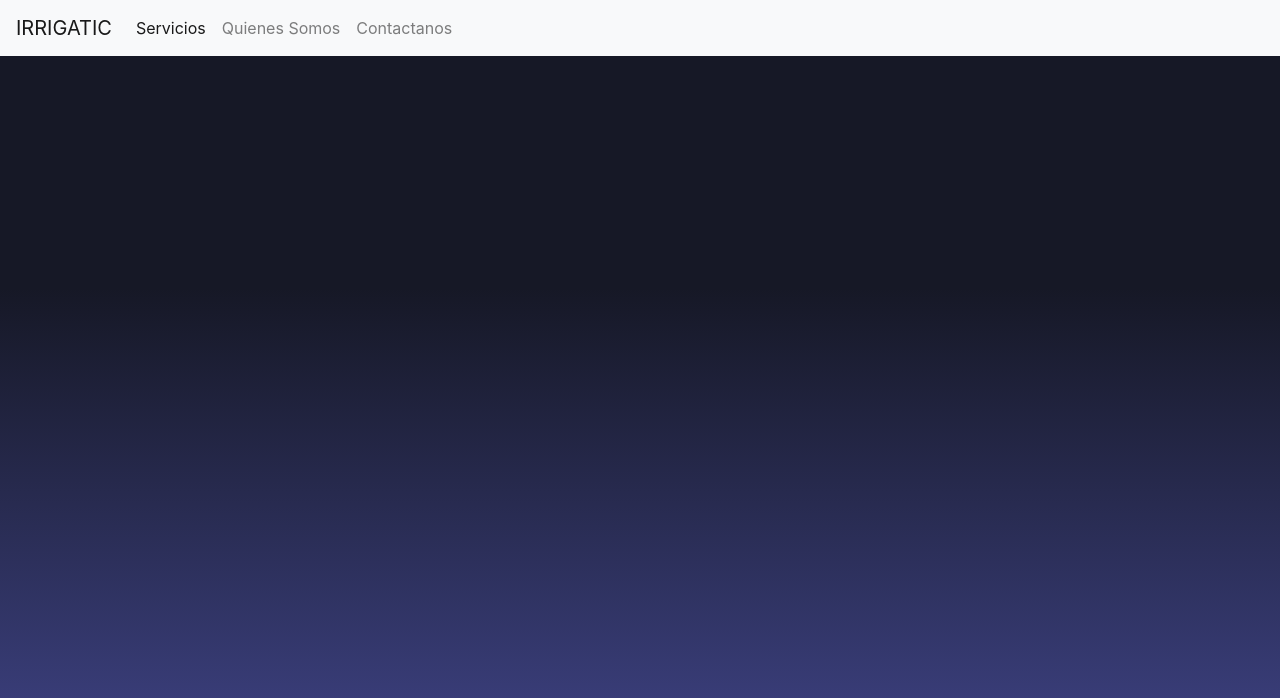
Repository: CristianPalta1/pages_react
Page: /
These files come from the project's save history. The page is drawn as it stood at one moment and after a run of saves; the edit follows.
The browser window is 1280 px wide. The pictures show the whole page.
The project was rebuilt for these pictures with package versions that can differ from the ones it lists, and the page was loaded fresh each time. Also part of the build but not shown: src/components/styles/Navbar.css, src/pages/styles/Home.css, src/components/Forms.jsx, src/pages/InicioSesion.jsx, src/components/Container.jsx, src/pages/Dashboard.jsx, src/pages/IngresoDoc.jsx, src/pages/NotifiDoc.jsx and 10 more.

Above is the page before, as saved 2019-08-29 15:26:16.

### src/index.js
import React from 'react';
import ReactDOM from 'react-dom';
import './index.css';
import 'bootstrap/dist/css/bootstrap.css';

import App from './components/App';
import * as serviceWorker from './serviceWorker';

ReactDOM.render(<App />, document.getElementById('root'));



// If you want your app to work offline and load faster, you can change
// unregister() to register() below. Note this comes with some pitfalls.
// Learn more about service workers: https://bit.ly/CRA-PWA
serviceWorker.unregister();

### src/index.css
body {
  margin: 0;
  font-family: -apple-system, BlinkMacSystemFont, "Segoe UI", "Roboto", "Oxygen",
    "Ubuntu", "Cantarell", "Fira Sans", "Droid Sans", "Helvetica Neue",
    sans-serif;
  -webkit-font-smoothing: antialiased;
  -moz-osx-font-smoothing: grayscale;
}

code {
  font-family: source-code-pro, Menlo, Monaco, Consolas, "Courier New",
    monospace;
}


@import url('https://fonts.googleapis.com/css?family=Lato:300,400,700');
@import url('https://fonts.googleapis.com/css?family=Anton');


* {
  -webkit-font-smoothing: antialiased;
  -moz-osx-font-smoothing: grayscale;
}

body {
  font-family: 'Lato', 'Helvetica Neue', sans-serif;
  background-color: #F4F4F7;
}

h1 {
  font-family: 'Anton', sans-serif;
}

a.link-unstyled {
  color: inherit;
}

a.link-unstyled:hover {
  color: inherit;
  text-decoration: none;
}

.btn {
  padding: 0.375rem 2rem;
}

.btn.btn-primary {
  color: #fff;
  background-color: #7DCD40;
  border-color: #7DCD40;
}

.btn.btn-primary:not(:disabled):not(.disabled):hover {
  color: #fff;
  background-color: #7DCD40;
  border-color: #7DCD40;
}

.btn.btn-primary:not(:disabled):not(.disabled):active {
  color: #fff;
  background-color: #7DCD40;
  border-color: #7DCD40;
}

.btn.btn-primary:not(:disabled):not(.disabled):focus {
  box-shadow: 0 0 0 0.2rem rgba(125, 205, 64, 0.5);
}

.btn.btn-danger {
  color: #fff;
  background-color: #CD4040;
  border-color: #CD4040;
}

.btn.btn-danger:not(:disabled):not(.disabled):hover {
  color: #fff;
  background-color: #CD4040;
  border-color: #CD4040;
}

.btn.btn-danger:not(:disabled):not(.disabled):active {
  color: #fff;
  background-color: #CD4040;
  border-color: #CD4040;
}

.btn.btn-danger:not(:disabled):not(.disabled):focus {
  box-shadow: 0 0 0 0.2rem rgba(255, 64, 64, 0.5);
}

### src/components/App.js


import React from 'react';
import { BrowserRouter, Switch, Route } from 'react-router-dom';

// import logo from './logo.svg';
// import './App.css';
// import Navbar from "./Navbar";
// import Carousel from './Carousel';
// import Badge from './Badge';
// import Forms from './Forms';
import Layout from './Layout';
import Inicio from '../pages/Inicio';
import InicioSesion from '../pages/InicioSesion';
import Dashboard from '../pages/Dashboard';
import IngresoDoc from '../pages/IngresoDoc';
import NotificDoc from '../pages/NotifiDoc';
import Registro from '../pages/Registro';
import Loader from '../pages/Loader'
import NotFound from '../pages/NotFound';

function App() {
  return (
    <BrowserRouter>
      <Layout>
        <Switch>
          <Route exact path="/" component={Inicio} />
          <Route exact path="/Inicio_Sesion" component={InicioSesion} />
          {/* <Route exact path="/Dashboard" component={Dashboard} /> */}
          <Route exact path="/Registro_Usuarios" component={Registro} />
          <Route exact path="/Dashboard/Ingreso_Documentos" component={IngresoDoc} />
          <Route exact path="/Dashboard/Notificacion_Documentos" component={NotificDoc} />
          <Route exact path="/Dashboard/Datos_Api" component={Loader} />
          <Route component={NotFound} />
        </Switch>
      </Layout>
    </BrowserRouter>

  );
}

export default App;

### src/pages/Inicio.jsx
//Aqui mostrare el formulario de inicio de sesión

import React, { Component } from "react";
// import { Link } from "react-router-dom";

import "./styles/Home.css";
import Forms from "../components/Forms";

class Inicio extends Component {
  //Debo inicializar mi estado, como objeto vacio
  state = {
    form: {
        Name: '',
        Pass: ''
    }
  };

  handleChange = e => {
    //Para ver el valor del inpunt see escribe value:e.target.value
    //tambien funciona con el input para saber que es name:e.target.name

    // const nextForm = this.state.form
    // nextForm[e.target.name] =  e.target.value;

    this.setState({
      // form: nextForm,
      //Esto es lo que va a hacer es que cada campo, se guardada en su respectivo input
      form: {
        ...this.state.form,
        [e.target.name]: e.target.value
      }
    });
  };

  //Evento para saber que sucedio al hacer click en el boton
  handleClick = e => {
    console.log("Boton Oprimido");
  };

  //El boton es de tipo submit, si no quiero que eso pase porque recarga la pagina,
  //debo espicicar el tipo de boton. En este caso tipo button
  handleSubmit = e => {
    e.preventDefault();
    console.log("Formulario ha sido Enviado");
    console.log(this.state.form);
  };

  render() {
    return (

      <div className="container">
        <h2>kjshfkjsf</h2>
      </div>
    );
  }
}

export default Inicio;

### src/components/Navbar.jsx
import React from "react";
import { Link } from "react-router-dom";
import "./styles/Navbar.css";

// import './styles/Navbar.css';
// import logo from '../images/logo.svg';

class Navbar extends React.Component {
  render() {
    return (
      <nav className="navbar navbar-expand-lg navbar-light bg-light fixed-top" role="navigation">
        <a className="navbar-brand" href="#">
          IRRIGATIC
        </a>
        <button
          className="navbar-toggler"
          type="button"
          data-toggle="collapse"
          data-target="#navbarText"
          aria-controls="navbarText"
          aria-expanded="false"
          aria-label="Toggle navigation"
        >
          <span className="navbar-toggler-icon"></span>
        </button>
        <div className="collapse navbar-collapse" id="navbarText">
          <ul className="navbar-nav mr-auto">
            <li className="nav-item active">
              <a className="nav-link" href="#">
                Servicios
              </a>
            </li>
            <li className="nav-item">
              <a className="nav-link" href="#">
                Quienes Somos
              </a>
            </li>
            <li className="nav-item">
              <a className="nav-link" href="#">
                Contactanos
              </a>
            </li>
          </ul>
          {/* <span className="navbar-text">Navbar text with an inline element</span> */}
        </div>
      </nav>
    );
  }
}

export default Navbar;

### src/pages/styles/Api.css
* {
    box-sizing: border-box;
  }

  body {
    font-family: -apple-system, BlinkMacSystemFont, "Segoe UI", Roboto, Oxygen,
      Ubuntu, Cantarell, "Open Sans", "Helvetica Neue", sans-serif;
    color: white;
    background: rgb(22, 24, 38);
    background: linear-gradient(
      180deg,
      rgba(22, 24, 38, 1) 0%,
      rgba(22, 24, 38, 1) 40%,
      rgba(58, 62, 123, 1) 100%
    );
    background-repeat: no-repeat;
    min-height: 100vh;
  }

  .App {
    display: flex;
    flex-direction: column;
  }

  .Logo {
    align-self: center;
    max-width: 100%;
  }

  ul {
    list-style: none;
    padding-left: 0;
  }

  .container {
    width: 100%;
    max-width: 900px;
    margin: 0 auto;
  }

  .row {
    display: flex;
    flex-wrap: wrap;
  }

  .col-6 {
    padding-left: 0.5rem;
    padding-right: 0.5rem;
    flex-basis: 50%;
  }

  @media screen and (min-width: 600px) {
    .col-md-3 {
      padding-left: 0.5rem;
      padding-right: 0.5rem;
      flex-basis: 25%;
    }
  }

  .CharacterCard {
    width: 100%;
    height: 240px;
    background: white;
    background-size: cover;
    background-repeat: no-repeat;
    background-position: center;
    border-radius: 5px;
    overflow: hidden;
    margin-bottom: 1rem;
    position: relative;
  }

  .CharacterCard__name-container {
    color: white;
    position: absolute;
    bottom: 0;
    width: 100%;
    background-color: rgba(0, 0, 0, 0.7);
    padding: 1rem 0.5rem;
  }

  .text-truncate {
    text-overflow: ellipsis;
    white-space: nowrap;
    overflow: hidden;
  }

  .text-center {
    text-align: center;
  }

  button {
    background-color: #44c767;
    border-radius: 4px;
    border: 1px solid #18ab29;
    display: inline-block;
    cursor: pointer;
    color: #ffffff;
    font-size: 17px;
    padding: 16px 31px;
    text-decoration: none;
    text-shadow: 0px 1px 0px #2f6627;
  }

Loaded but not shown: public/index.html (common file); src/serviceWorker.js (common file); src/components/Layout.jsx (common file)

After the next 3 saves:
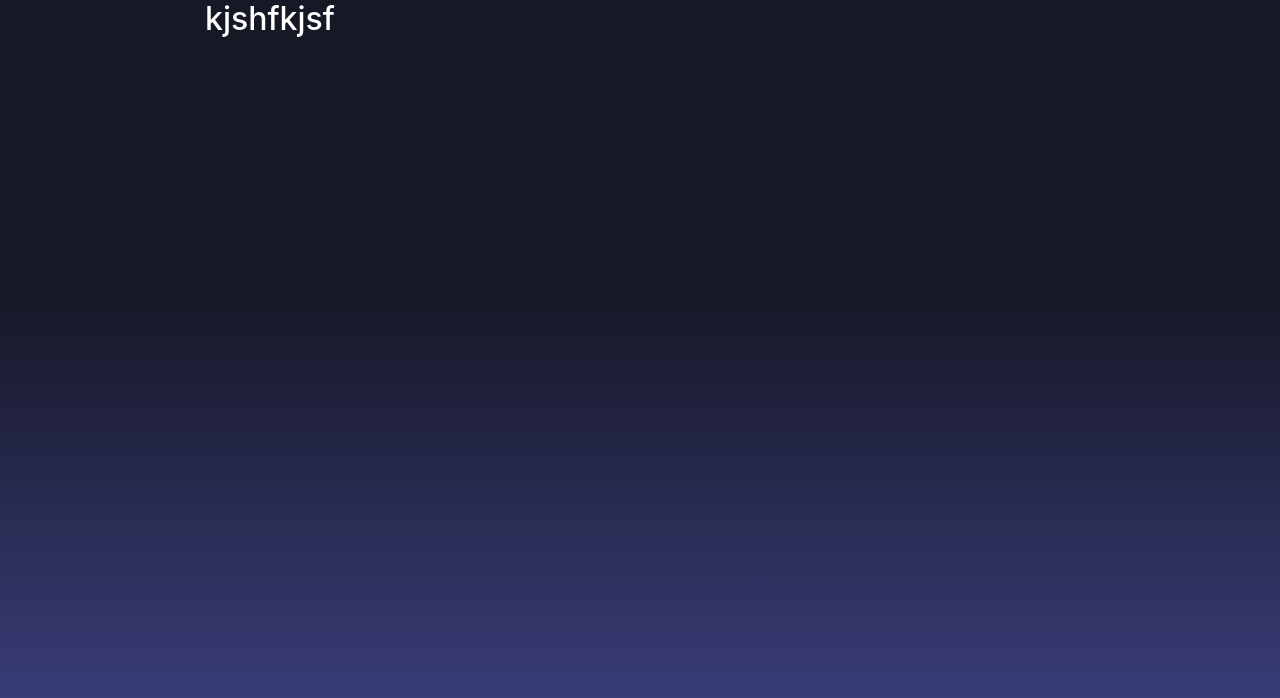
The 3 saves are shown as one change because they came seconds apart.
The last was saved 24 s later.
--- a/src/components/App.js
+++ b/src/components/App.js
@@ -22,18 +22,18 @@ import NotFound from '../pages/NotFound';
 function App() {
   return (
     <BrowserRouter>
-      <Layout>
+      {/* <Layout> */}
         <Switch>
           <Route exact path="/" component={Inicio} />
           <Route exact path="/Inicio_Sesion" component={InicioSesion} />
-          {/* <Route exact path="/Dashboard" component={Dashboard} /> */}
+          <Route exact path="/Dashboard" component={Dashboard} />
           <Route exact path="/Registro_Usuarios" component={Registro} />
           <Route exact path="/Dashboard/Ingreso_Documentos" component={IngresoDoc} />
           <Route exact path="/Dashboard/Notificacion_Documentos" component={NotificDoc} />
           <Route exact path="/Dashboard/Datos_Api" component={Loader} />
           <Route component={NotFound} />
         </Switch>
-      </Layout>
+      {/* </Layout> */}
     </BrowserRouter>
 
   );
